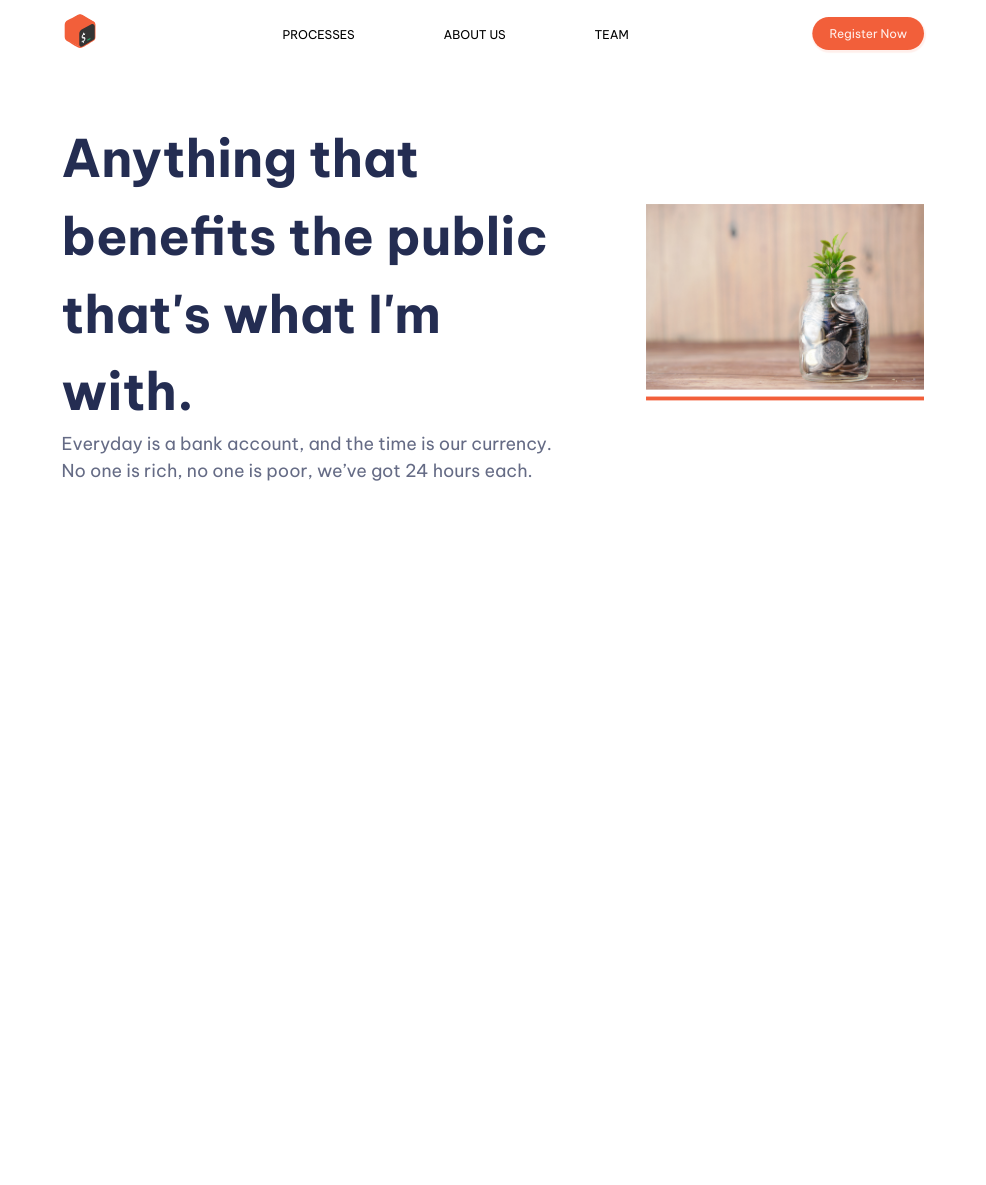
Repository: Esraa22M/Banking_Site
Page: index.html
These files come from the project's save history. The page is drawn as it stood at one moment and after the next save; the edit follows.
The browser window is 1280 px wide. The pictures show the whole page, at 77% of full size.

Above is the page before, as saved 2022-11-01 01:16:06.

After the next save:
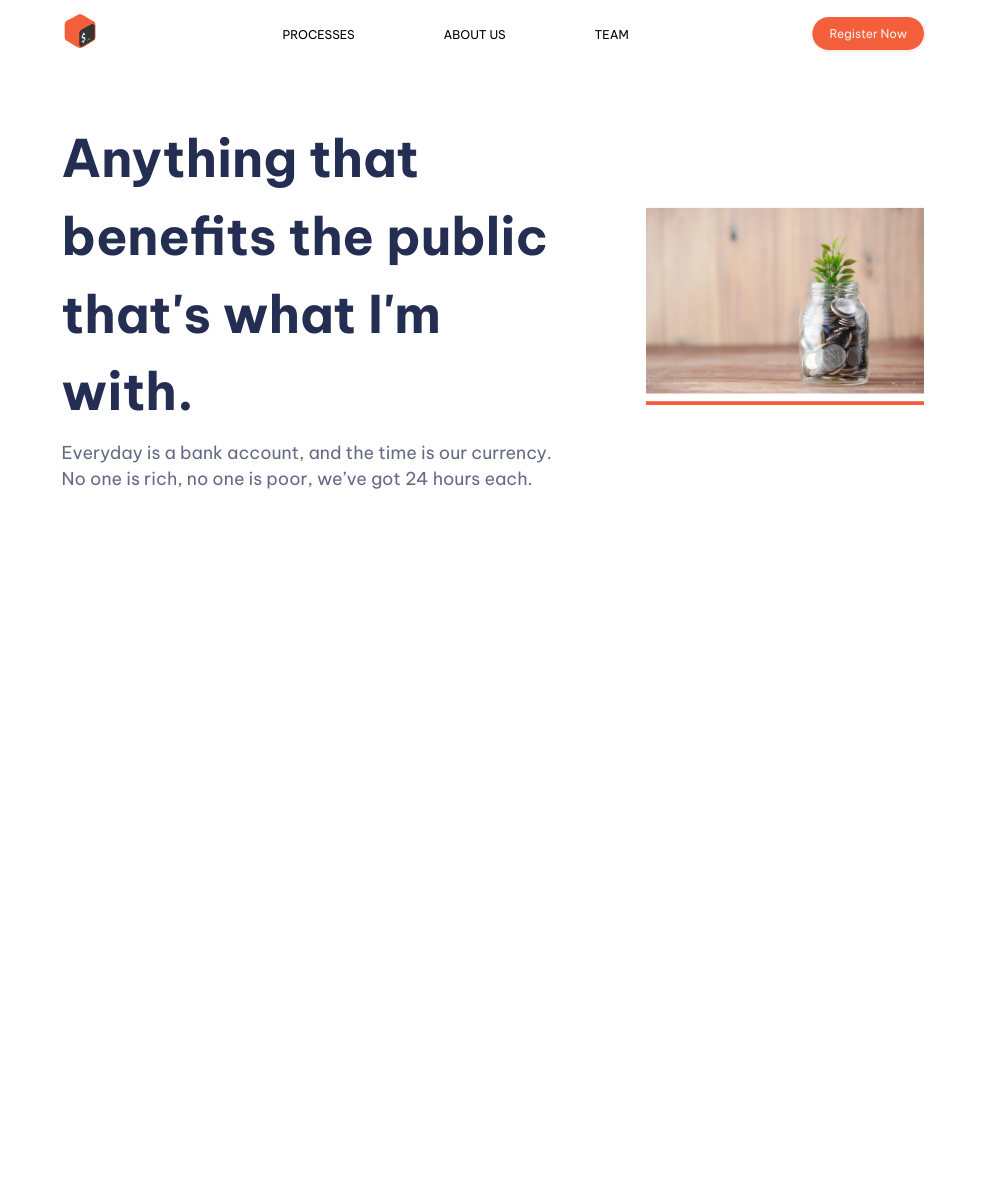
Saved 34 s later.
--- a/style.css
+++ b/style.css
@@ -316,6 +316,7 @@
 .intro__sub--header {
   opacity: 0.7;
   font-size: var(--fs-body);
+  margin-top: 0.5em;
 }
 /* media query for mobile screen */
 
